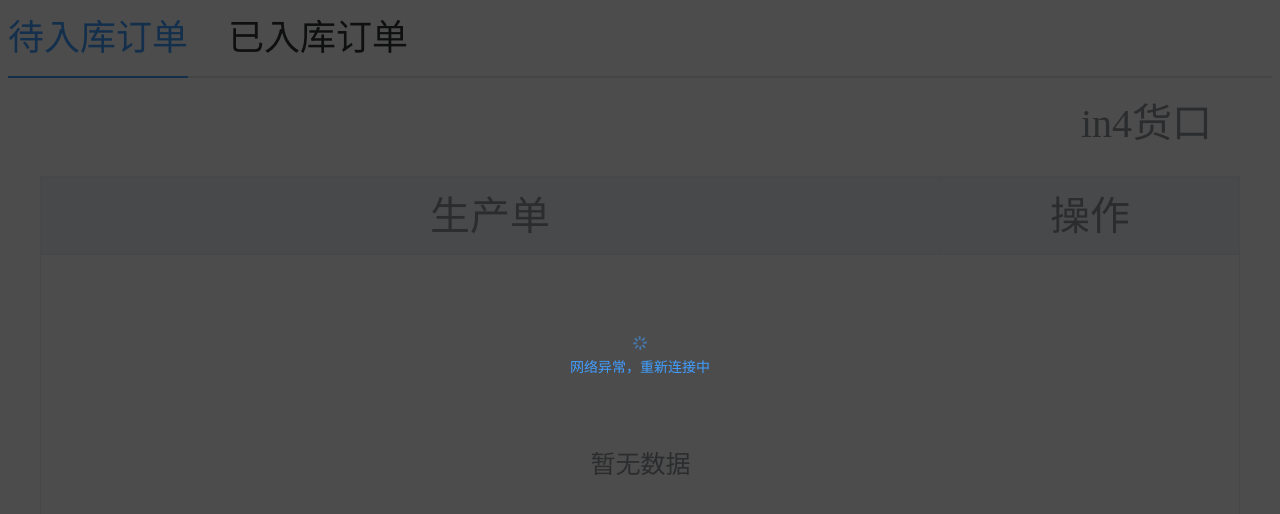
Repository: yaesass/yaesass
Page: / (app in scancode/)
These files come from the project's save history. The page is drawn as it stood at one moment and after the next save; the edit follows.
The browser window is 1280 px wide. The pictures show the whole page.
The page's requests for data from a server got no answer. The project was rebuilt for these pictures with package versions that can differ from the ones it lists, and the page was loaded fresh each time. No one was signed in, and anything a server would have sent is missing. Also part of the build but not shown: scancode/vue.config.js.

Above is the page before, as saved 2022-06-30 17:21:30.

After the next save:
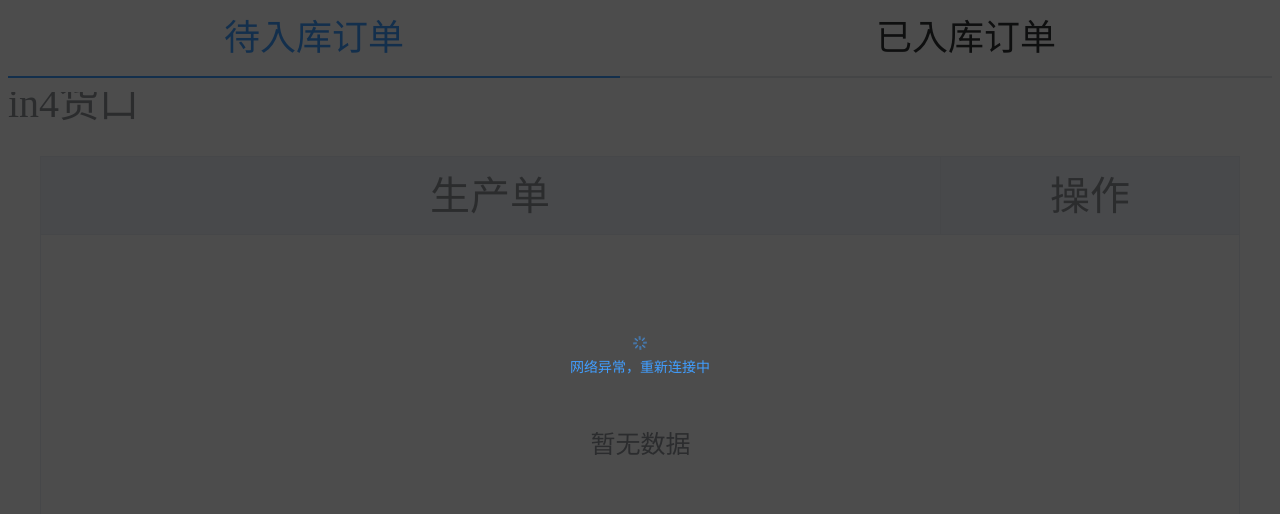
Saved 7 s later.
--- a/scancode/src/views/InStock.vue
+++ b/scancode/src/views/InStock.vue
@@ -335,10 +335,10 @@ export default {
 .el-table__body-wrapper {
   flex: 1;
 } */
-/*
+
 .el-tabs__nav {
   width: 100%;
-} */
+}
 .el-tabs__item {
   margin-top: 10px;
   width: 50%;
@@ -348,7 +348,7 @@ export default {
   font-weight: 300;
   letter-spacing: 0em;
 }
-
+/*
 .back {
   margin-top: -50px;
   margin-left: 750px;
@@ -358,7 +358,7 @@ export default {
   display: flex;
   justify-content: right;
   margin: 20px 60px 20px 0;
-}
+} */
 
 .count .counttxt {
   font-size: 40px;
